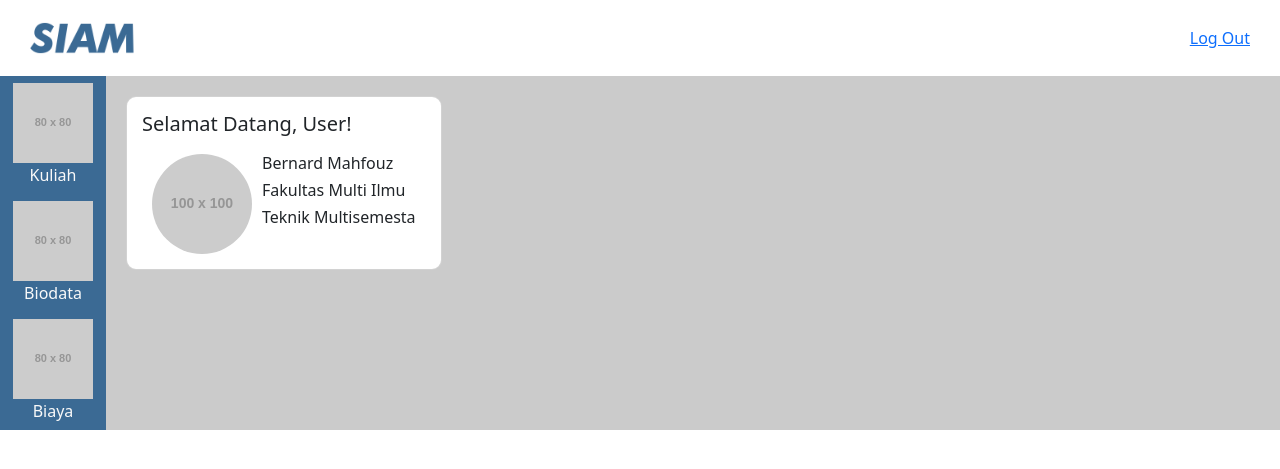
Repository: haikalirf/Project-IMK
Page: kuliah.html
An editor plug-in stored every save of this project. The page is shown before and after the next save, followed by the edit.
The browser window is 1280 px wide. The pictures show the whole page.

Above is the page before, as saved 2022-12-10 13:22:06.

After the next save:
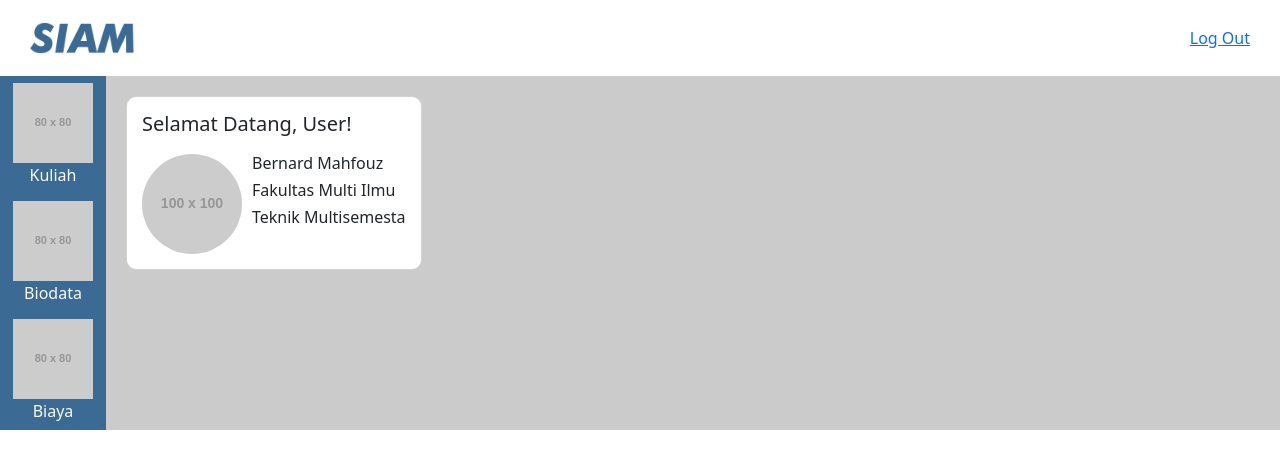
Saved 24 s later.
--- a/styles/kuliah.css
+++ b/styles/kuliah.css
@@ -40,7 +40,7 @@ main {
 
 .card-body{
 	display: flex;
-	padding: 10px 10px 0px;
+	padding: 10px 0px 0px;
 }
 
 .card-text-group {
